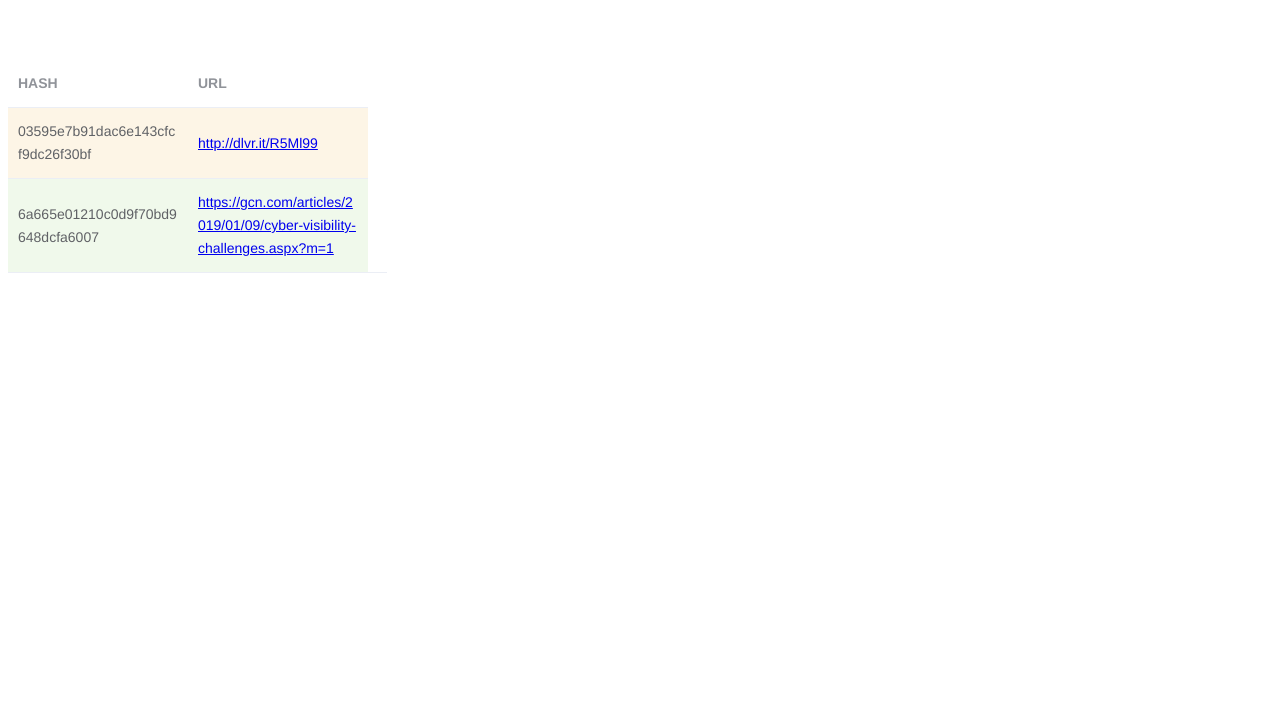
Repository: NicoleGX/TI
Page: /
These files come from the project's save history. The page is drawn as it stood at one moment and after the next save; the edit follows.
The browser window is 1280 px wide. The pictures show the whole page.
The project was rebuilt for these pictures with package versions that can differ from the ones it lists, and the page was loaded fresh each time.

Above is the page before, as saved 2019-05-28 17:47:44.

After the next save:
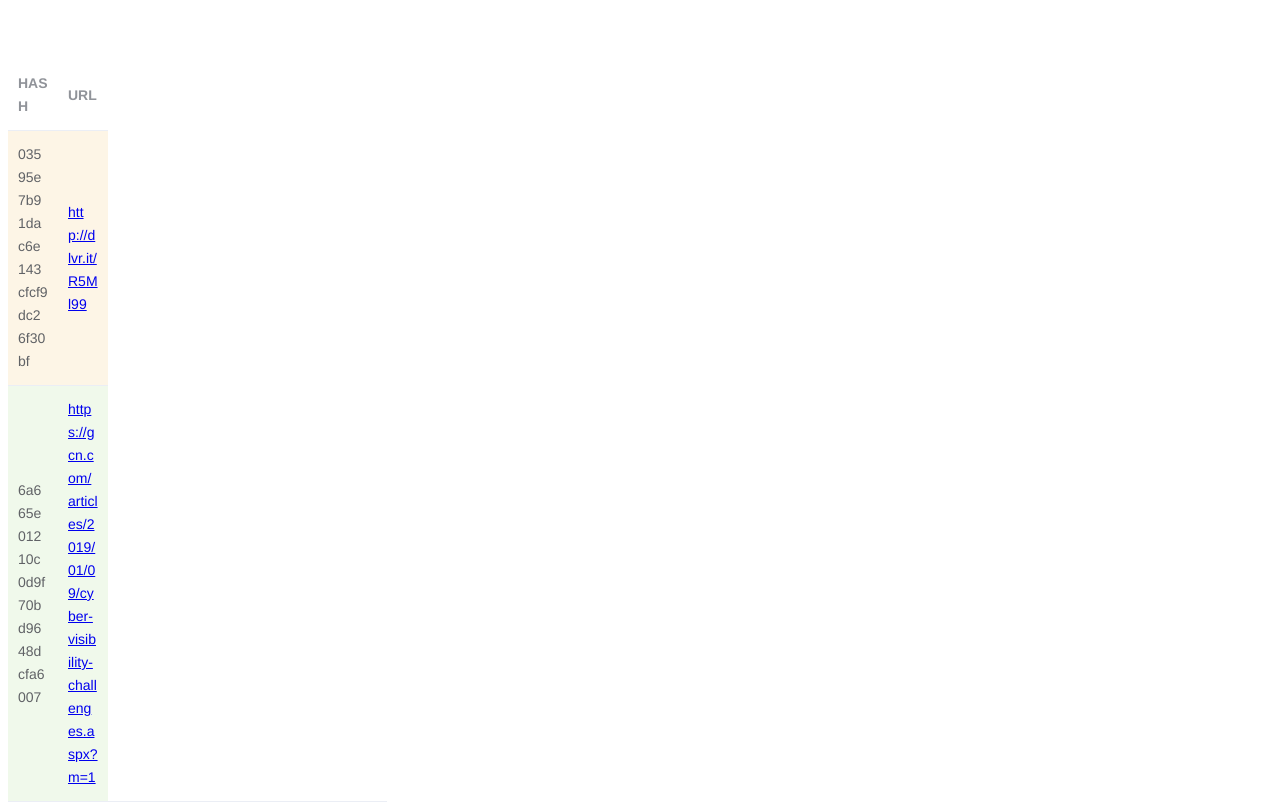
Saved 47 s later.
--- a/src/views/TextClassification.vue
+++ b/src/views/TextClassification.vue
@@ -8,12 +8,12 @@
         <el-table-column
           prop="hash"
           label="HASH"
-          width="180">
+          width="50%">
         </el-table-column>
         <el-table-column
           prop="url"
           label="URL"
-          width="180">
+          width="50%">
           <template slot-scope="scope">
             <a :href=scope.row.url
               target="_black"
